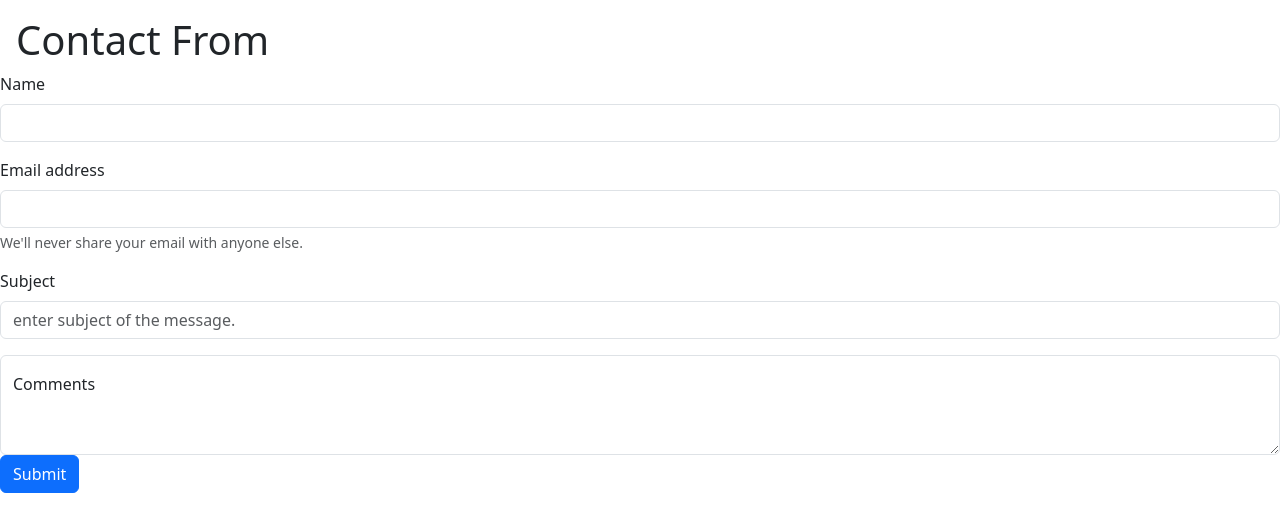
Repository: syni18/bootstrap_form
Page: index.html
These files come from the project's save history. The page is drawn as it stood at one moment and after the next save; the edit follows.
The browser window is 1280 px wide. The pictures show the whole page.

Above is the page before, as saved 2023-10-26 15:34:50.

After the next save:
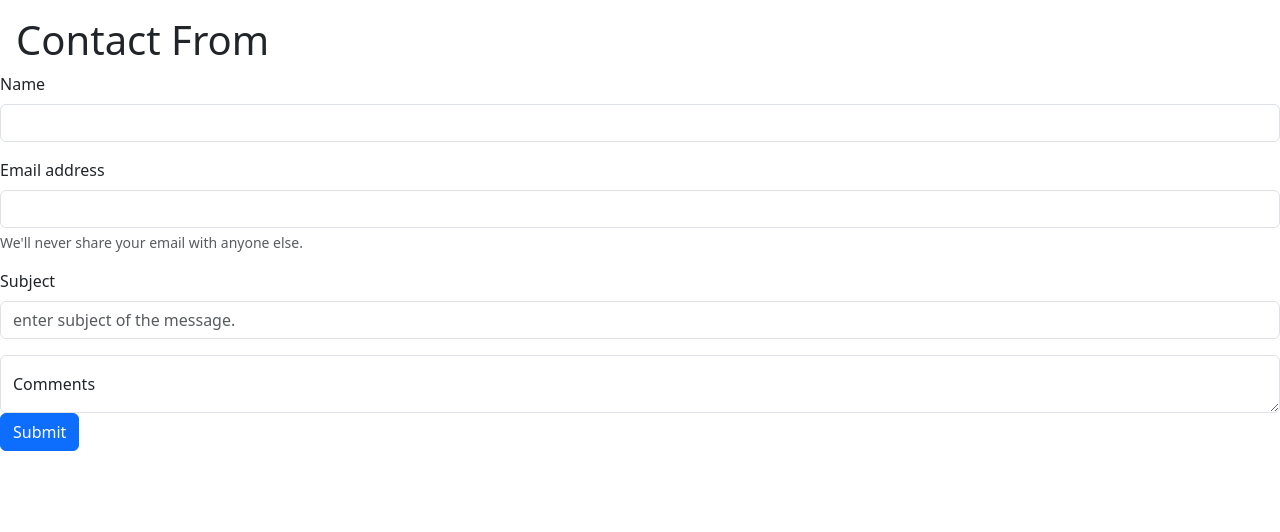
Saved 20 s later.
--- a/index.html
+++ b/index.html
@@ -23,7 +23,7 @@
     <input type="text" class="form-control" id="exampleInputsubject1" aria-describedby="subjectHelp" placeholder="enter subject of the message.">
   </div>
   <div class="form-floating">
-  <textarea class="form-control" placeholder="Leave a comment here" id="floatingTextarea2" style="height: 100px"></textarea>
+  <textarea class="form-control" placeholder="Leave a comment here" id="floatingTextarea2"></textarea>
   <label for="floatingTextarea2">Comments</label>
 </div>
 
